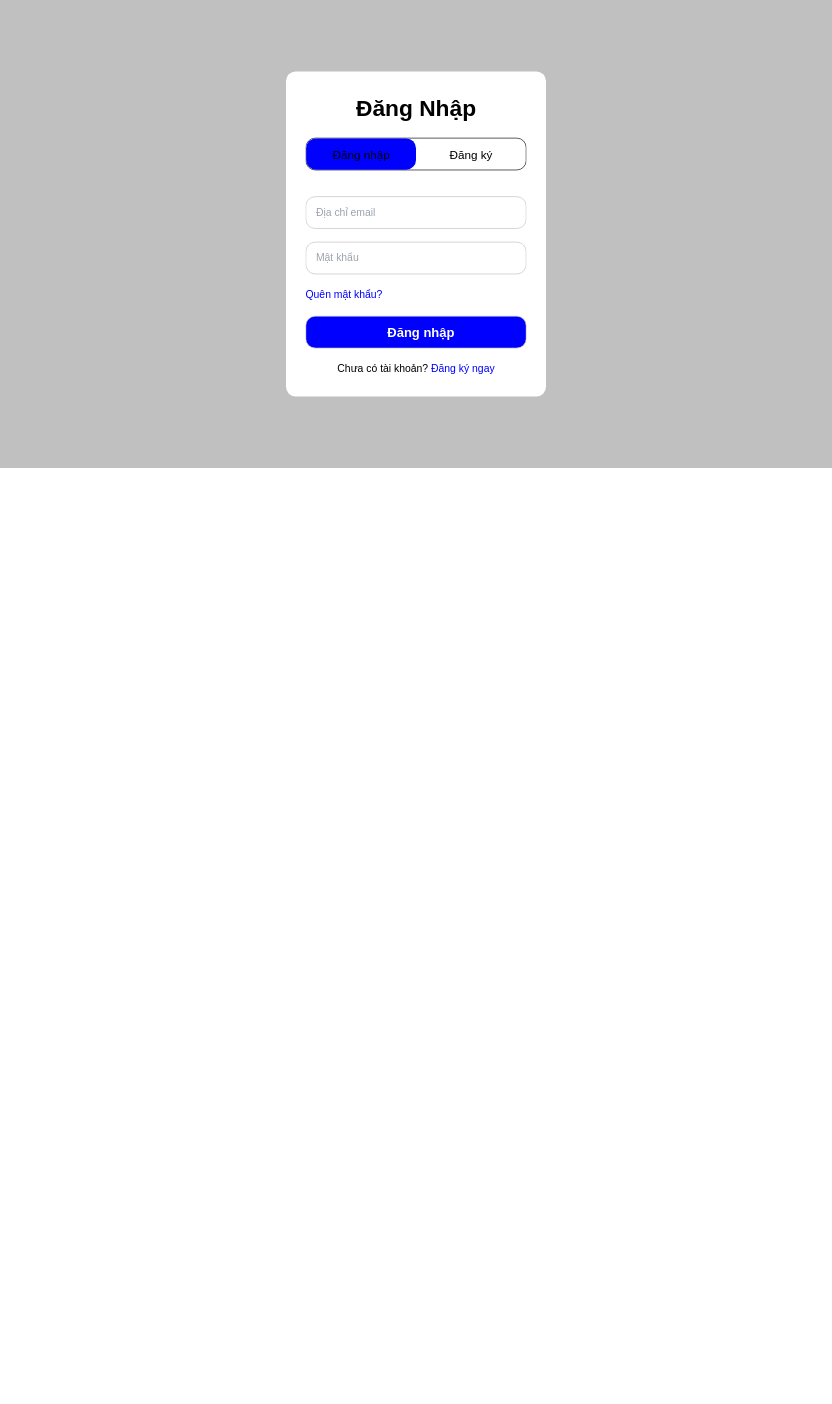
Repository: NguyenMinhThien-sudo/DemoFormPractice
Page: /
These files come from the project's save history. The page is drawn as it stood at one moment and after the next save; the edit follows.
The browser window is 1280 px wide. The pictures show the whole page, at 65% of full size.
The project was rebuilt for these pictures with package versions that can differ from the ones it lists, and the page was loaded fresh each time. Also part of the build but not shown: vite.config.js.

Above is the page before, as saved 2023-05-18 15:01:50.

After the next save:
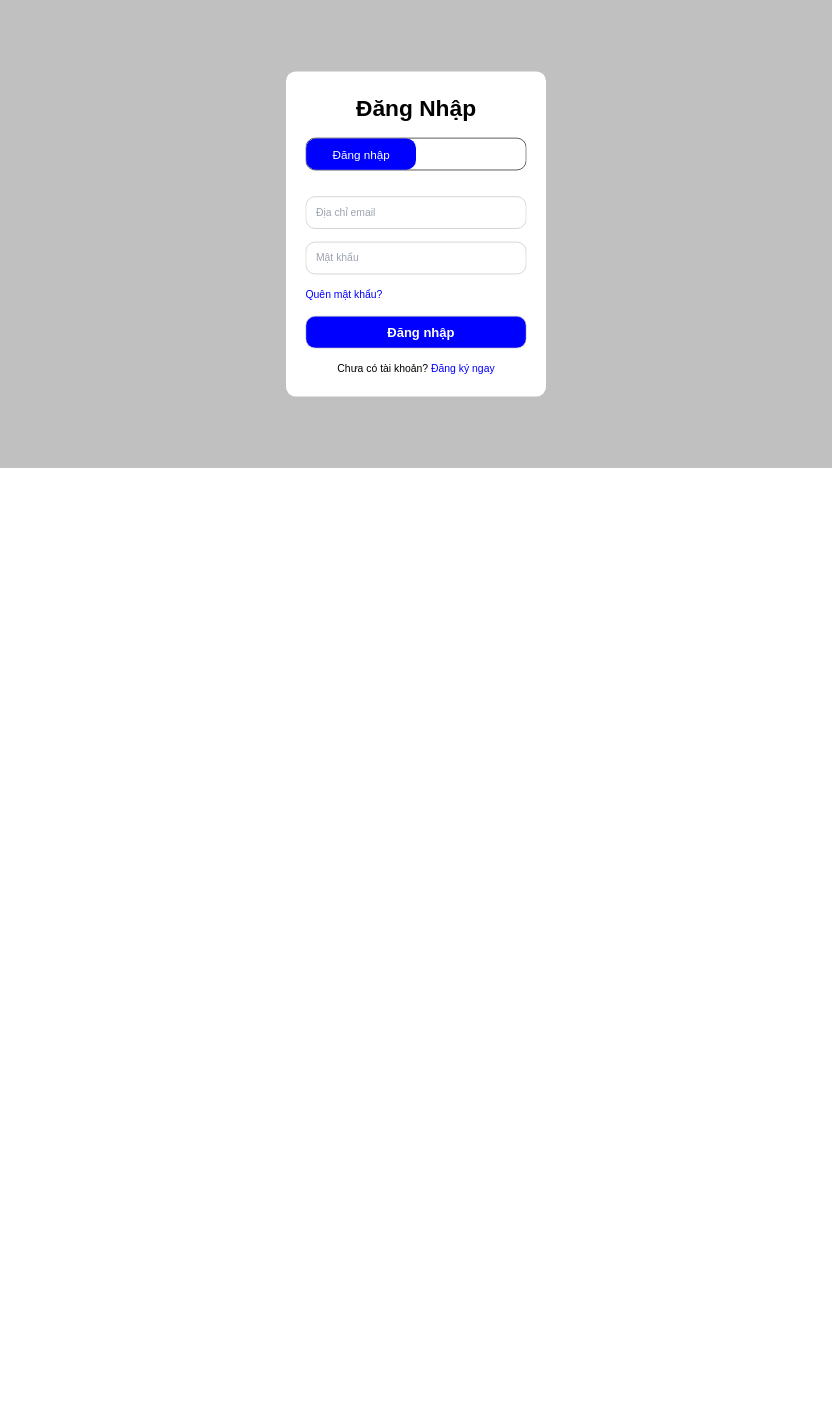
Saved 99 s later.
--- a/src/components/form_practice/form.jsx
+++ b/src/components/form_practice/form.jsx
@@ -144,7 +144,7 @@
                 <label
                   htmlFor="login"
                   className={`slide login ${
-                    selectForm ? "text-white" : "text-black"
+                    selectForm ? "text-black" : "text-white"
                   }`}
                   onClick={handleClickForm}
                 >
@@ -153,7 +153,7 @@
                 <label
                   htmlFor="signup"
                   className={`slide signup ${
-                    selectForm ? "text-white" : "text-black"
+                    selectForm ? "text-black" : "text-white"
                   }`}
                   onClick={handleClickForm}
                 >
